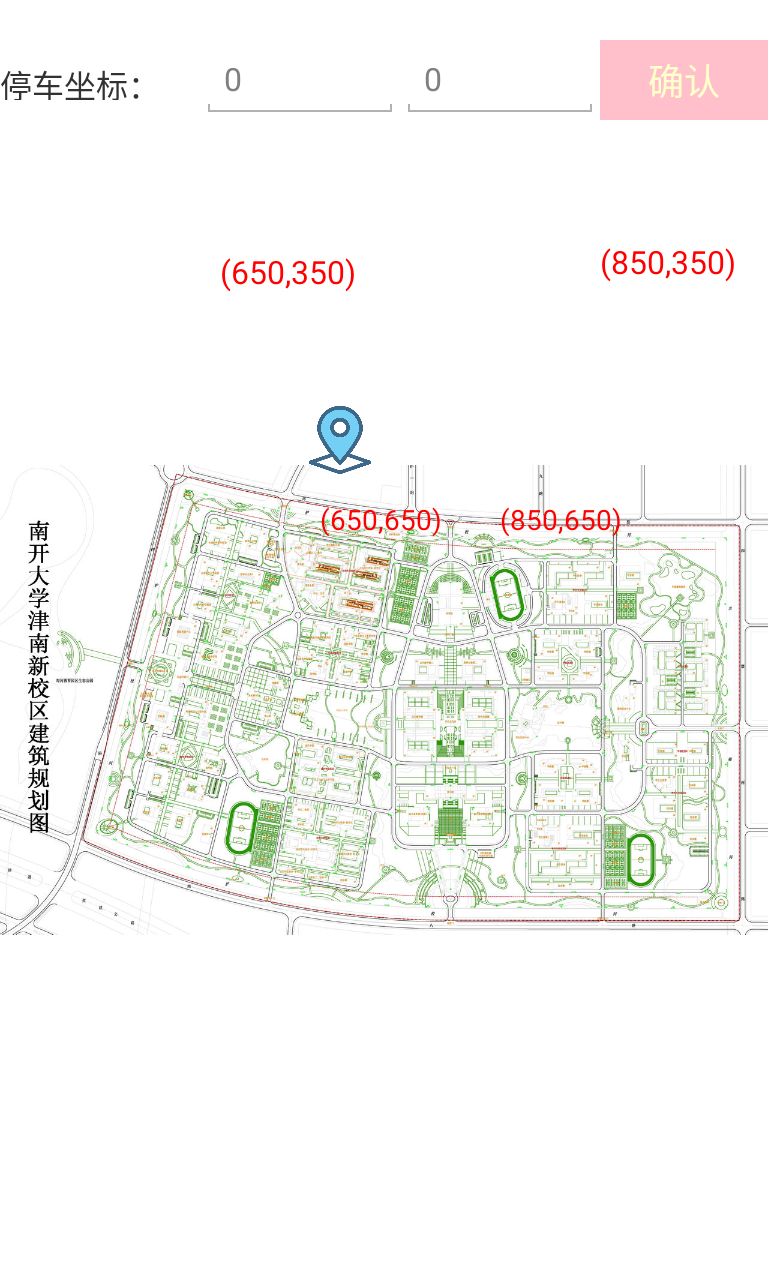
Repository: CovaWang/temporary_embedded
Layout: 7#车联·共享单车/代码/代码/res/layout/compass.xml
An editor plug-in stored every save of this project. The layout is shown before and after the next save, followed by the edit.
It is drawn on a 768 x 1280 px phone screen (xhdpi) without system bars, with theme AppTheme; the app's code is not run.

Above is the layout before, as saved 2024-05-08 11:20:15.

### 7#车联·共享单车/代码/代码/res/layout/compass.xml
<?xml version="1.0" encoding="utf-8"?>
<RelativeLayout xmlns:android="http://schemas.android.com/apk/res/android"
    android:layout_width="fill_parent"
    android:layout_height="match_parent"
    android:orientation="vertical" >


	    <TextView
			android:layout_width="100dp"
			android:layout_height="20dp"
			android:layout_marginTop='30dp'
			android:layout_marginLeft='0dp'
			android:text="停车坐标："
			android:textSize="16dp"
			android:layout_weight="1" />

	    <EditText
	        android:id="@+id/compass_text1"
			android:layout_width="100dp"
			android:layout_height="40dp"
			android:layout_marginTop='20dp'
			android:layout_marginLeft='100dp'
			android:hint="0"
			android:textSize="16sp"
			android:textColor="#8A2BE2"
			android:layout_weight="1" />

	    <EditText
	        android:id="@+id/compass_text2"
			android:layout_width="100dp"
			android:layout_height="40dp"
			android:layout_marginTop='20dp'
			android:layout_marginLeft='200dp'
			android:hint="0"
			android:textSize="16sp"
			android:textColor="#8A2BE2"
			android:layout_weight="1" />

	    <Button
        android:id="@+id/compass_btn"
        android:layout_width="100dp"
        android:layout_height="40dp"
        android:layout_marginTop="20dp"
        android:layout_marginLeft="300dp"
        android:background="#FFC0CB"
        android:text="确认"
        android:textColor="#FFC" />


    <ImageView
        android:id="@+id/compass_img"
        android:layout_width="match_parent"
        android:layout_height="match_parent"
        android:layout_marginTop='60dp'
	    android:layout_marginLeft='0dp'
        android:src="@drawable/map"
        android:layout_weight="1" />

    <!-- 当前位置 -->
     <ImageView
        android:id="@+id/compass_sit"
        android:layout_width="40dp"
        android:layout_height="40dp"
        android:layout_marginTop='200dp'
	    android:layout_marginLeft='150dp'
        android:src="@drawable/situation"
        android:layout_weight="1" />

    <!-- 左下点 (225,275)-->
     <TextView
         android:layout_width="match_parent"
         android:layout_height="match_parent"
         android:layout_weight="1"
         android:layout_marginTop='250dp'
	     android:layout_marginLeft='160dp'
         android:text="(650,650)"
         android:textColor="#FF0000"
         android:textSize="14dp" />
     <!-- 右下点(525,275) -->
     <TextView
         android:layout_width="match_parent"
         android:layout_height="match_parent"
         android:layout_weight="1"
         android:layout_marginTop='250dp'
	     android:layout_marginLeft='250dp'
         android:text="(850,650)"
         android:textColor="#FF0000"
         android:textSize="14dp" />
     <!-- 右上点 (525,150)-->
     <TextView
         android:layout_width="match_parent"
         android:layout_height="match_parent"
         android:layout_weight="1"
         android:layout_marginTop='120dp'
	     android:layout_marginLeft='300dp'
         android:text="(850,350)"
         android:textColor="#FF0000"
         android:textSize="16dp" />
	  <!-- 左上点 (225,150)-->
      <TextView
         android:layout_width="match_parent"
         android:layout_height="match_parent"
         android:layout_weight="1"
         android:layout_marginTop='125dp'
	     android:layout_marginLeft='110dp'
         android:text="(650,350)"
         android:textColor="#FF0000"
         android:textSize="16dp" />
</RelativeLayout>

### 7#车联·共享单车/代码/代码/res/values/styles.xml
<resources>

    <!--
        Base application theme, dependent on API level. This theme is replaced
        by AppBaseTheme from res/values-vXX/styles.xml on newer devices.

    -->
    <style name="AppBaseTheme" parent="android:Theme.Light">
        <!--
            Theme customizations available in newer API levels can go in
            res/values-vXX/styles.xml, while customizations related to
            backward-compatibility can go here.

        -->
    </style>

    <!-- Application theme. -->
    <style name="AppTheme" parent="AppBaseTheme">
        <!-- All customizations that are NOT specific to a particular API-level can go here. -->
    </style>
    <!-- 高宽都包裹内容 -->
    <style name="wrapcontent">
        <item name="android:layout_width">wrap_content</item>
        <item name="android:layout_height">wrap_content</item>
    </style>

    <!-- 自定义对话框样式 -->
    <style name="dialog_custom" parent="android:style/Theme.Dialog">
        <item name="android:windowFrame">@null</item>
        <item name="android:windowNoTitle">true</item>
        <item name="android:background">#00000000</item>
        <item name="android:windowBackground">@android:color/transparent</item>
    </style>
    <!-- TextView 16sp样式 -->
    <style name="textview16sp" parent="wrapcontent">
        <item name="android:textSize">16sp</item>
        <item name="android:gravity">center_vertical</item>
    </style>

    <!-- TextView 14sp样式 -->
    <style name="textview12sp" parent="wrapcontent">
        <item name="android:textSize">12sp</item>
        <item name="android:gravity">center_vertical</item>
    </style>
    <!-- TextView 14sp样式 -->
    <style name="textview14sp" parent="wrapcontent">
        <item name="android:textSize">14sp</item>
        <item name="android:gravity">center_vertical</item>
    </style>

    <!-- 宽度为0dp,高度为包裹内容，权重为1 -->
    <style name="zero_widthwrapcontent">
        <item name="android:layout_width">0dp</item>
        <item name="android:layout_height">wrap_content</item>
        <item name="android:layout_weight">1</item>
    </style>

    <!-- 黄色14sp,图片间距为5dp的textview -->
    <style name="tvyellow14sp" parent="zero_widthwrapcontent">
        <item name="android:textSize">14sp</item>
        <item name="android:drawablePadding">3dp</item>
        <item name="android:gravity">center</item>
        <item name="android:textColor">@color/bright_yellow</item>
    </style>

</resources>

Loaded but not shown: 7#车联·共享单车/代码/代码/res/values-v11/styles.xml (common file); 7#车联·共享单车/代码/代码/res/values-v14/styles.xml (common file)

After the next save:
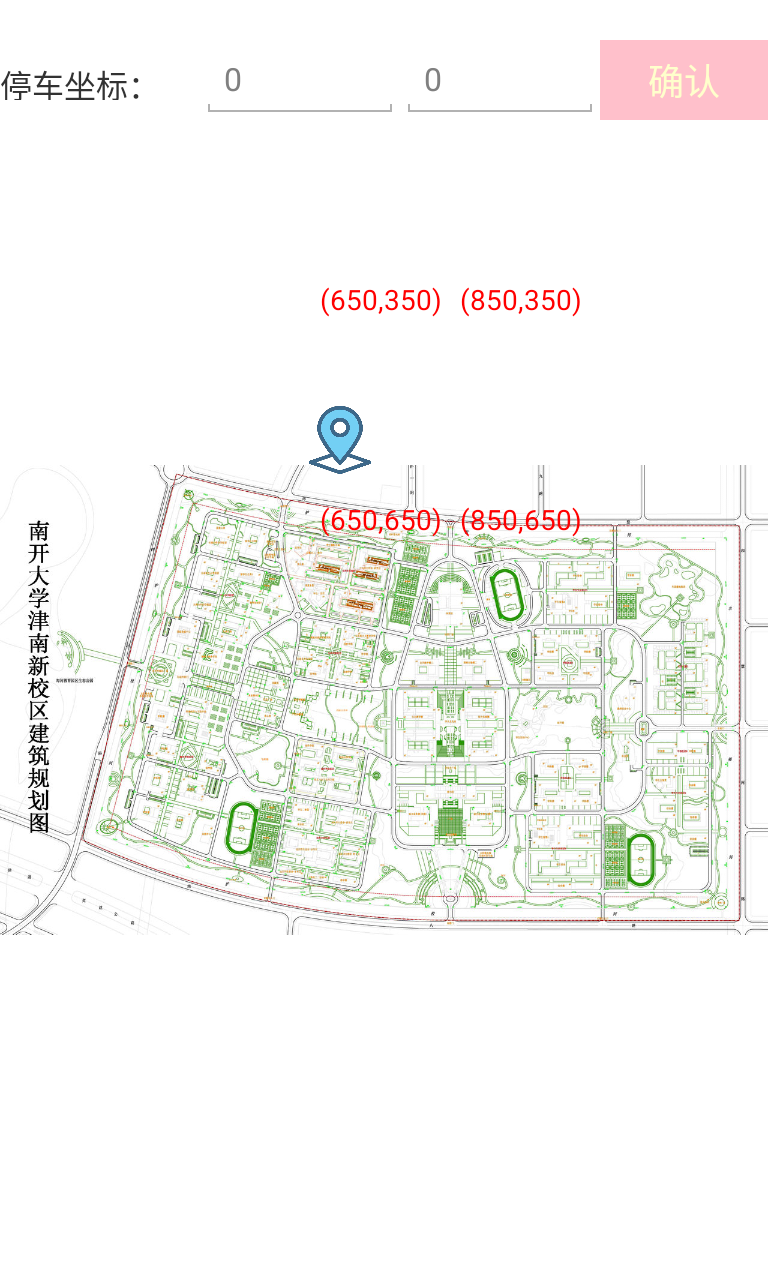
Saved 77 s later.
--- a/7#车联·共享单车/代码/代码/res/layout/compass.xml
+++ b/7#车联·共享单车/代码/代码/res/layout/compass.xml
@@ -82,7 +82,7 @@
          android:layout_height="match_parent"
          android:layout_weight="1"
          android:layout_marginTop='250dp'
-	     android:layout_marginLeft='250dp'
+	     android:layout_marginLeft='230dp'
          android:text="(850,650)"
          android:textColor="#FF0000"
          android:textSize="14dp" />
@@ -91,19 +91,19 @@
          android:layout_width="match_parent"
          android:layout_height="match_parent"
          android:layout_weight="1"
-         android:layout_marginTop='120dp'
-	     android:layout_marginLeft='300dp'
+         android:layout_marginTop='140dp'
+	     android:layout_marginLeft='230dp'
          android:text="(850,350)"
          android:textColor="#FF0000"
-         android:textSize="16dp" />
+         android:textSize="14dp" />
 	  <!-- 左上点 (225,150)-->
       <TextView
          android:layout_width="match_parent"
          android:layout_height="match_parent"
          android:layout_weight="1"
-         android:layout_marginTop='125dp'
-	     android:layout_marginLeft='110dp'
+         android:layout_marginTop='140dp'
+	     android:layout_marginLeft='160dp'
          android:text="(650,350)"
          android:textColor="#FF0000"
-         android:textSize="16dp" />
+         android:textSize="14dp" />
 </RelativeLayout>
